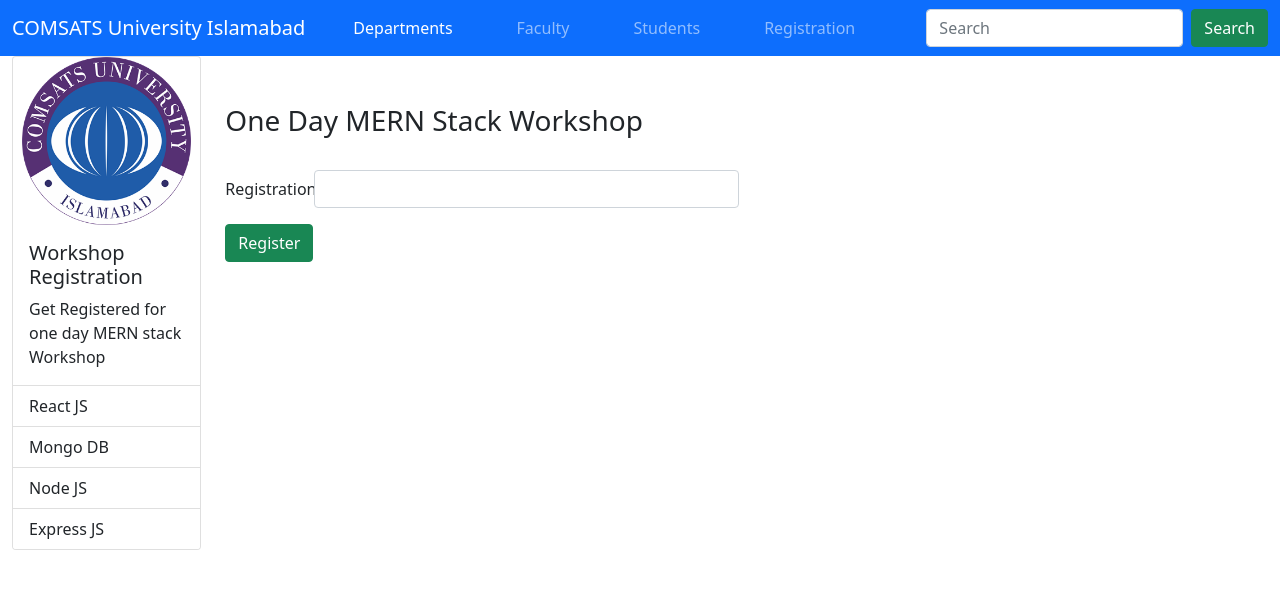
Repository: SaudCh/Web-Mid-Exams
Page: /register
An editor plug-in stored every save of this project. The page is shown before and after the next save, followed by the edit.
The browser window is 1280 px wide. The pictures show the whole page.
The project was rebuilt for these pictures with package versions that can differ from the ones it lists, and the page was loaded fresh each time. Also part of the build but not shown: src/Invalid/invalid.jsx, src/Students/student.jsx.

Above is the page before, as saved 2021-11-25 22:13:11.

### src/App.js
import React from "react";
import {
  BrowserRouter as Router,
  Switch,
  Route,
  Redirect,
} from "react-router-dom";
import "../node_modules/bootstrap/dist/css/bootstrap.min.css";
import "../node_modules/bootstrap/dist/js/bootstrap.bundle.min";
import Header from "./Shared/Header";
import SideBar from "./Shared/SideBar";
import Register from "./Register/register";
import Invalid from "./Invalid/invalid";
import Student from "./Students/student";

export default function App() {
  return (
    <Router>
      <Header />
      <div className="container-fluid">
        <div className="row">
          <div className="col-12 col-md-2">
            <SideBar />
          </div>
          <div className="col-12 col-md-10">
            <Switch>
              <Route path="/" exact>
                <div></div>
              </Route>
              <Route path="/register/" exact>
                <Register />
              </Route>
              <Route path="/invalid/" exact>
                <Invalid />
              </Route>
              <Route path="/list/:register/:program/:gender/:date" exact>
                <Student />
              </Route>
              <Redirect to="/invalid/" />
            </Switch>
          </div>
        </div>
      </div>
    </Router>
  );
}

### src/Shared/Header.jsx
import React from "react";
import { Link } from "react-router-dom";
export default function Header() {
  return (
    <nav class="navbar navbar-expand-lg navbar-dark bg-primary">
      <div class="container-fluid">
        <Link to="/" class="navbar-brand" href="#">
          COMSATS University Islamabad
        </Link>
        <button
          class="navbar-toggler"
          type="button"
          data-bs-toggle="collapse"
          data-bs-target="#navbarSupportedContent"
          aria-controls="navbarSupportedContent"
          aria-expanded="false"
          aria-label="Toggle navigation"
        >
          <span class="navbar-toggler-icon"></span>
        </button>
        <div class="collapse navbar-collapse" id="navbarSupportedContent">
          <ul class="navbar-nav me-auto mb-2 mb-lg-0">
            <li class="nav-item mx-md-4">
              <Link to="/" class="nav-link active" aria-current="page" href="#">
                Departments
              </Link>
            </li>
            <li class="nav-item mx-md-4">
              <Link to="/" class="nav-link" href="#">
                Faculty
              </Link>
            </li>

            <li class="nav-item mx-md-4">
              <Link
                to="/list/sp19-bcs-078/BCS/Male/22-11-201"
                class="nav-link"
                href="#"
                tabindex="-1"
                aria-disabled="true"
              >
                Students
              </Link>
            </li>
            <li class="nav-item mx-md-4">
              <Link
                to="/register/"
                class="nav-link"
                href="#"
                tabindex="-1"
                aria-disabled="true"
              >
                Registration
              </Link>
            </li>
          </ul>
          <form class="d-flex">
            <input
              class="form-control me-2"
              type="search"
              placeholder="Search"
              aria-label="Search"
            />
            <button
              class="btn btn-outline-success btn-success text-white"
              type="submit"
            >
              Search
            </button>
          </form>
        </div>
      </div>
    </nav>
  );
}

### src/Shared/SideBar.jsx
import React from "react";
import logo from "../public/comsats-logo.png";

export default function SideBar() {
  return (
    <div class="card">
      <img
        src={logo}
        class="card-img-top"
        style={{ width: "90%", alignSelf: "center" }}
        alt="..."
      />
      <div class="card-body">
        <h5 class="card-title">Workshop Registration</h5>
        <p class="card-text">Get Registered for one day MERN stack Workshop</p>
      </div>
      <ul class="list-group list-group-flush">
        <li class="list-group-item">React JS</li>
        <li class="list-group-item">Mongo DB</li>
        <li class="list-group-item">Node JS</li>
        <li class="list-group-item">Express JS</li>
      </ul>
    </div>
  );
}

### src/Register/register.jsx
import React, { useRef, useState } from "react";
import { Link, useHistory } from "react-router-dom";
import { Formik, Form, Field } from "formik";

export default function Register() {
  // const handleSubmit = (e) => {
  //   e.preventDefault();

  //   history.push(
  //     `/list/${Registration.current.value}/${Program.current.value}/male/22-11-2021`
  //   );
  // };
  return (
    <div className="my-5">
      <h3>One Day MERN Stack Workshop</h3>
      <Formik
        initialValues={{ registration: "", program: "", gender: "" }}
        onSubmit={(values, { setSubmitting }) => {
          setTimeout(() => {
            console.log(values);
            setSubmitting(false);
          }, 2000);
        }}
        validate={(values) => {
          let error = {};

          if (!values.registration) {
            error.registration = "Please Enter Registration Number";
          }

          return error;
        }}
      >
        {({
          handleSubmit,
          handleChange,
          values,
          errors,
          handleBlur,
          isSubmitting,
        }) => (
          <Form onSubmit={handleSubmit}>
            {/*********Registration********** */}
            <div class="row g-3 align-items-center my-3">
              <div class="col-1">
                <label for="registration" class="col-form-label">
                  Registration
                </label>
              </div>
              <div class="col-5">
                <Field
                  onChange={handleChange}
                  type="text"
                  id="registration"
                  class="form-control"
                  name="registration"
                  value={values.registration}
                  onBlur={handleBlur}
                />
              </div>

              {errors.registration && (
                <div class="alert alert-danger col-7" role="alert">
                  {errors.registration}
                </div>
              )}
            </div>
            {/*********Program****** */}
            {/* <div class="row g-3 align-items-center my-3">
              <div class="col-1">
                <label for="program" class="col-form-label">
                  Program
                </label>
              </div>
              <div class="col-5">
                <Field
                  name="program"
                  as="select"
                  id="program"
                  class="form-select"
                >
                  <option value="0">Select Program</option>
                  <option value="BsCS">BsCS</option>
                  <option value="BsCE">BsSE</option>
                </Field>
              </div>
            </div> */}
            {/*********Gender****** */}
            {/* <div class="row g-3 align-items-center my-3">
              <div class="col-1">
                <label for="gender" class="col-form-label">
                  Gender
                </label>
              </div>
              <div class="col-5">
                <div class="form-check">
                  <Field
                    class="form-check-input"
                    type="radio"
                    name="gender"
                    value="male"
                    id="gender"
                  />
                  <label class="form-check-label" for="flexRadioDefault1">
                    Male
                  </label>
                </div>
                <div class="form-check">
                  <Field
                    class="form-check-input"
                    type="radio"
                    name="gender"
                    value="female"
                    id="gender"
                  />
                  <label class="form-check-label" for="flexRadioDefault2">
                    Female
                  </label>
                </div>
              </div>
            </div> */}
            {/*********Date****** */}
            {/* <div class="row g-3 align-items-center my-3">
              <div class="col-1 ">
                <label for="date" class="col-form-label">
                  Preferred date
                </label>
              </div>
              <div class="col-5">
                <div class="form-check">
                  <input
                    class="form-check-input"
                    type="checkbox"
                    value="22-11-2021"
                    id="flexCheckDefault"
                  />
                  <label class="form-check-label" for="flexCheckDefault">
                    22-11-2021
                  </label>
                </div>
                <div class="form-check">
                  <input
                    class="form-check-input"
                    type="checkbox"
                    value="25-11-2021"
                    id="flexCheckChecked"
                  />
                  <label class="form-check-label" for="flexCheckChecked">
                    25-11-2021
                  </label>
                </div>
              </div>
            </div> */}
            {/*********Button********* */}
            <div>
              <button
                disabled={isSubmitting}
                type="submit"
                className="btn btn-success"
              >
                Register
              </button>
            </div>
          </Form>
        )}
      </Formik>
    </div>
  );
}

Loaded but not shown: public/index.html (common file); src/index.js (common file); src/index.css (common file); src/reportWebVitals.js (common file)

After the next save:
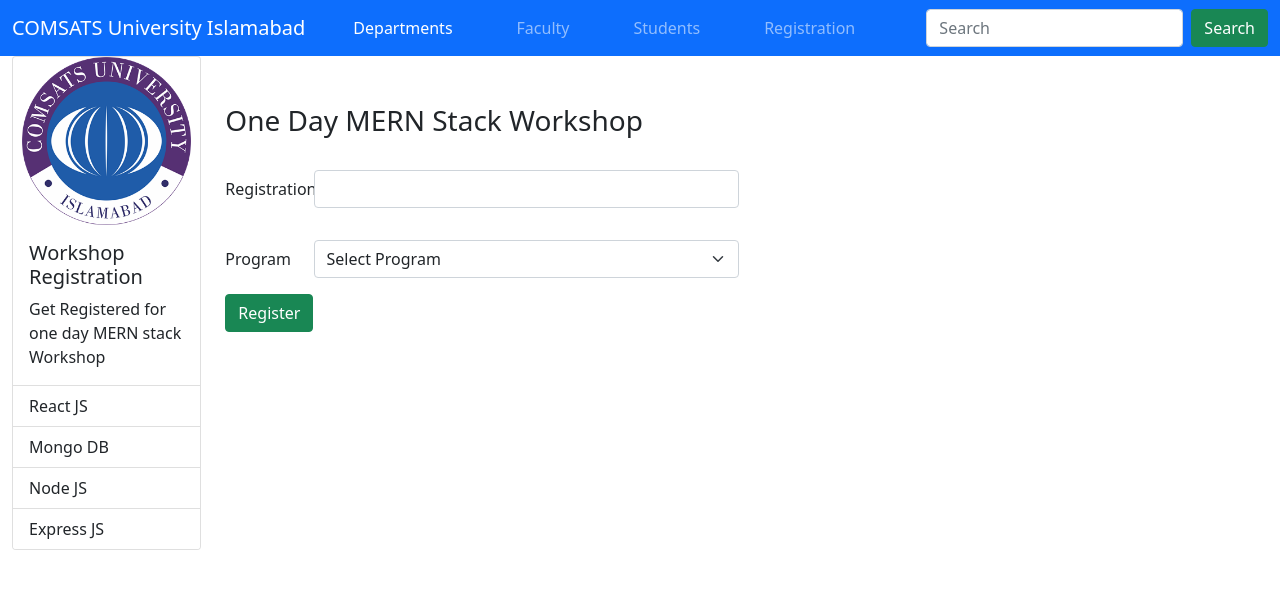
Saved 4 min 11 s later.
--- a/src/Register/register.jsx
+++ b/src/Register/register.jsx
@@ -66,7 +66,7 @@
               )}
             </div>
             {/*********Program****** */}
-            {/* <div class="row g-3 align-items-center my-3">
+            <div class="row g-3 align-items-center my-3">
               <div class="col-1">
                 <label for="program" class="col-form-label">
                   Program
@@ -84,7 +84,7 @@
                   <option value="BsCE">BsSE</option>
                 </Field>
               </div>
-            </div> */}
+            </div>
             {/*********Gender****** */}
             {/* <div class="row g-3 align-items-center my-3">
               <div class="col-1">
